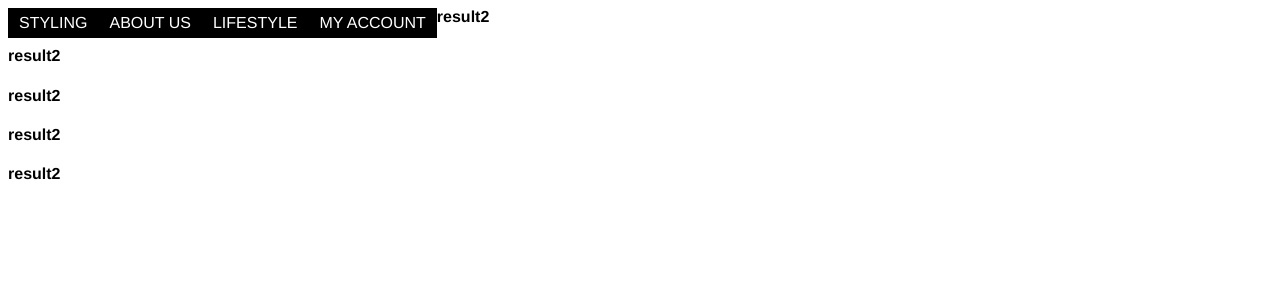
Repository: kesquili/kesquili.github.io
Page: fitin/closet.html
The author's editor kept a record of every edit. The page is drawn from the files as they stood at one moment, then again after the next edit.
The browser window is 1280 px wide. The pictures show the whole page.

Above is the page before.

### fitin/closet.html
<html>
  <head>
  <title>Fitin: A Men's Styling Brand</title>
  <link rel="stylesheet" href="styles.css">
  </head>
<body>
    <nav>
        <ul>
          <li><a href"#">STYLING</a></li>
          <li><a href"#">ABOUT US</a>
              <ul>
                  <li><a href"#">CONTACT US</a></li>
                  <li><a href"#">MEMBERSHIPS</a></li>
                  <li><a href"#">PRESS</a></li>
              </ul>
          </li>
          <li><a href"#">LIFESTYLE</a>
             <ul>
                 <li><a href"#">LOOKING GOOD</a></li>
                 <li><a href"#">FEELING GOOD</a></li>
             </ul>
          </li>
          <li><a href"#">MY ACCOUNT</a>
              <ul>
                  <li><a href"#">MY CLOSET</a></li>
              </ul>
          </li>
        </ul>
    </nav>
     <div class="closet">
         <h4>result2</h4>
         <h4>result2</h4>
         <h4>result2</h4>
         <h4>result2</h4>
         <h4>result2</h4>
     </div>
</body>

### fitin/styles.css
body {
font: 14px;
font-family: Helvetica, sans-serif;
}

.results h4{
    border: 5px;
    border-color: black;
    border-style: solid;
    margin:30px;
    width: 200px;
    height: 300px;
    float: left;
}

.breakdown h4{
    border: 5px;
    border-color: black;
    border-style: solid;
    margin:30px;
    width: 100px;
    height: 200px;
    float: left;
    position: relative;
}

.sideimage {
    border: 10px solid black;
    width: 300px;
    height: 450px;
    float: left;
    margin-right: 12px;
}
.signup{
    margin-left: 20px;
    float: left;

}
.sell{
    max-width: 500px;
    display: inline;
    position: relative;
}
h6{
    font-size: 12px;
    font-family: Helvetica, sans-serif;
    padding: 0;
    display: inline;
    text-align: right;
}
nav{
    text-align: center;
    position: relative;
}
ul {
    list-style: none;
    padding: 0px;
    margin: 0px;
}

ul li {
    display: block;
    position: relative;
    float: left;
    border: 1px solid #000
}

li ul {
    display: none;
}

ul li a {
    display: block;
    background: #000;
    padding: 5px 10px 5px 10px;
    text-decoration: none;
    white-space: nowrap;color: #fff;
}

ul li a:hover {
    background: gray;
}

li:hover ul {
    display: block;
    position: absolute;
}

li:hover li {
    float: none;
}

li:hover a {
    background: gray;
}

li:hover li a:hover {
    background: #000;
}

nav li ul li {
      border-top: 0px;
  }

After the next edit:
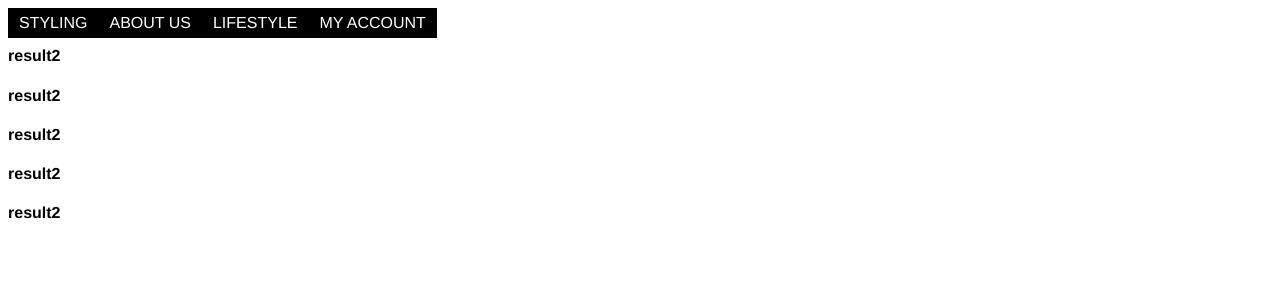
The edit:
--- a/fitin/closet.html
+++ b/fitin/closet.html
@@ -27,6 +27,7 @@
           </li>
         </ul>
     </nav>
+    </br>
      <div class="closet">
          <h4>result2</h4>
          <h4>result2</h4>
